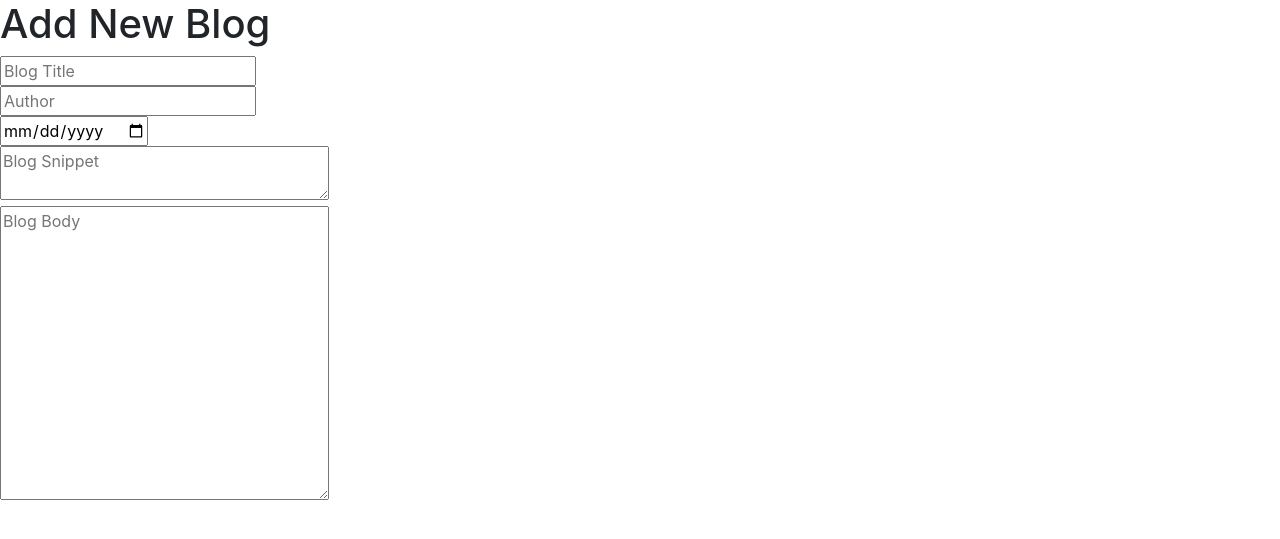
Repository: just-mann/just-blog
Page: http://localhost/add-blog
The author's editor kept a copy of each file at every save. The page is drawn from the files as they stood at one save, then again after the next save.
The browser window is 1280 px wide. The pictures show the whole page.
The page is served by the project's Node server (index.js).

Above is the page before, as saved 2022-01-29 12:23:03.

### views/add-blog.ejs
<!doctype html>
<html lang="en">
  <head>
    <title>Add New Blog</title>
    <!-- Required meta tags -->
    <meta charset="utf-8">
    <meta name="viewport" content="width=device-width, initial-scale=1, shrink-to-fit=no">
    <link rel="stylesheet" href="/style.css">
    <!-- Bootstrap CSS -->
    <link rel="stylesheet" href="https://stackpath.bootstrapcdn.com/bootstrap/4.3.1/css/bootstrap.min.css" integrity="sha384-ggOyR0iXCbMQv3Xipma34MD+dH/1fQ784/j6cY/iJTQUOhcWr7x9JvoRxT2MZw1T" crossorigin="anonymous">
  </head>
  <body>
    <div>
      <h1>Add New Blog</h1>
      <form action="/add-new-blog" method="POST">
        <div class="titleDiv">
          <input type="text" name="title" class="blog-title" placeholder="Blog Title">
        </div>
        <div class="authorDiv">
          <input type="text" name="title" class="blog-author" placeholder="Author">
        </div>
        <div class="dateDiv">
          <input type="date" name="date" class="blog-date">
        </div>
        <div class="snippetDiv">
          <textarea name="blog-snippet" id="blog-snippet" cols="30" rows="2.5" class="blog-snippet" placeholder="Blog Snippet"></textarea>
        </div>
        <div>
          <textarea name="blog-body" id="blog-body" cols="30" rows="12" class="blog-body" placeholder="Blog Body"></textarea>
        </div>
      </form>
    </div>

    <!-- Optional JavaScript -->
    <!-- jQuery first, then Popper.js, then Bootstrap JS -->
    <script src="https://code.jquery.com/jquery-3.3.1.slim.min.js" integrity="sha384-q8i/X+965DzO0rT7abK41JStQIAqVgRVzpbzo5smXKp4YfRvH+8abtTE1Pi6jizo" crossorigin="anonymous"></script>
    <script src="https://cdnjs.cloudflare.com/ajax/libs/popper.js/1.14.7/umd/popper.min.js" integrity="sha384-UO2eT0CpHqdSJQ6hJty5KVphtPhzWj9WO1clHTMGa3JDZwrnQq4sF86dIHNDz0W1" crossorigin="anonymous"></script>
    <script src="https://stackpath.bootstrapcdn.com/bootstrap/4.3.1/js/bootstrap.min.js" integrity="sha384-JjSmVgyd0p3pXB1rRibZUAYoIIy6OrQ6VrjIEaFf/nJGzIxFDsf4x0xIM+B07jRM" crossorigin="anonymous"></script>
  </body>
</html>

### index.js
const express = require('express');
const cors = require('cors');
const bodyParser = require('body-parser');


const app = express();

// BodyParser to tidy up the input from the form
app.use(bodyParser.urlencoded({ extended: true }));

// Static
app.use(express.static('public'))


// Setting the view engine
app.set('view engine', 'ejs');




// Get all the blogs from the database
app.get('/api/blogs', cors(), (req, res) => {
    res.send('Server is running.');
})

// Render the form that let's you add a new blog
app.get('/add-blog', (req, res) => {
    res.render('add-blog');
})


// Add new blog to the database
app.post('/add-new-blog', (req, res) => {

})







const PORT = process.env.PORT || 5000;
app.listen(PORT, () => console.log(`Server is running on port ${PORT}`))

Loaded but not shown: public/style.css (common file)

After the next save:
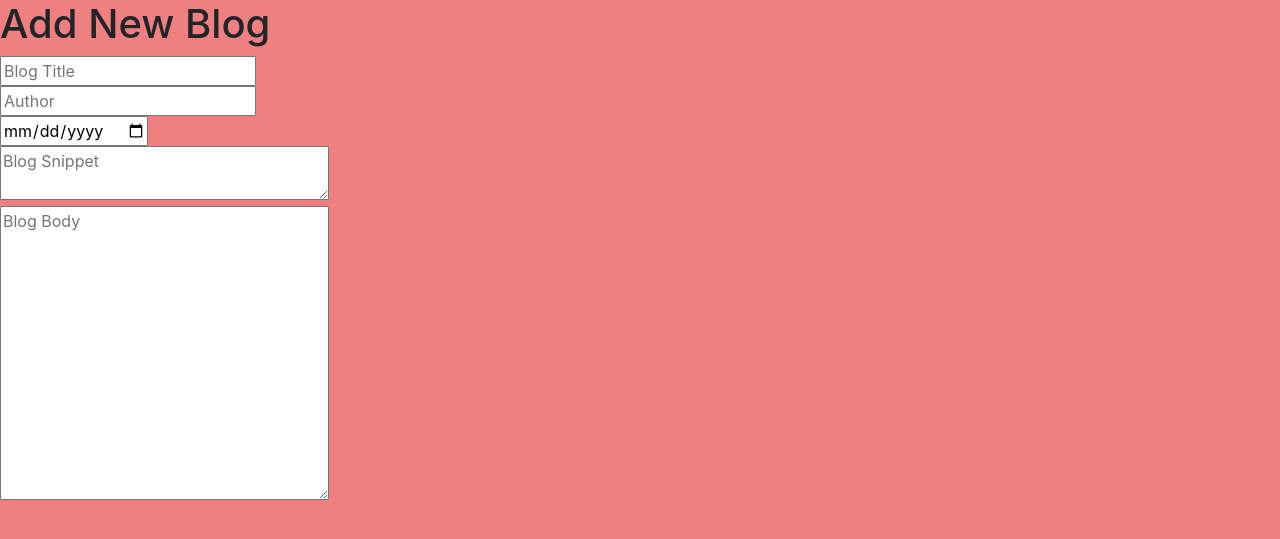
Saved 40 s later.
--- a/views/add-blog.ejs
+++ b/views/add-blog.ejs
@@ -5,9 +5,9 @@
     <!-- Required meta tags -->
     <meta charset="utf-8">
     <meta name="viewport" content="width=device-width, initial-scale=1, shrink-to-fit=no">
-    <link rel="stylesheet" href="/style.css">
     <!-- Bootstrap CSS -->
     <link rel="stylesheet" href="https://stackpath.bootstrapcdn.com/bootstrap/4.3.1/css/bootstrap.min.css" integrity="sha384-ggOyR0iXCbMQv3Xipma34MD+dH/1fQ784/j6cY/iJTQUOhcWr7x9JvoRxT2MZw1T" crossorigin="anonymous">
+    <link rel="stylesheet" href="/style.css">
   </head>
   <body>
     <div>
